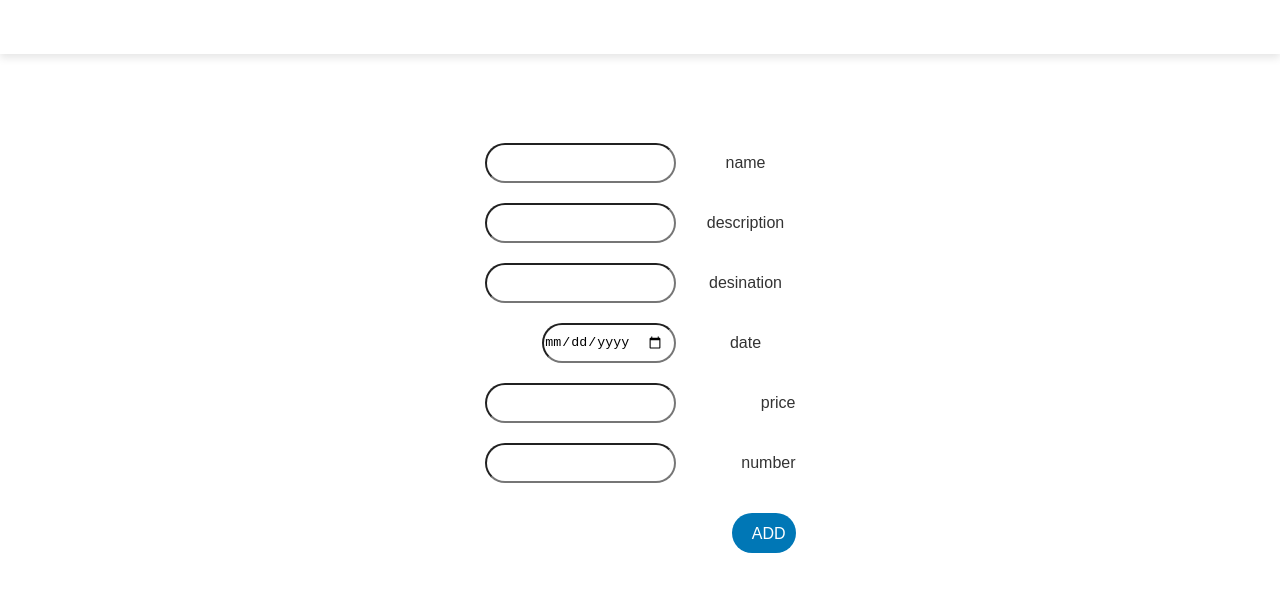
Repository: Yassin-Boushi/Safer
Page: http://localhost/add_flight
These files come from the project's save history. The page is drawn as it stood at one moment and after the next save; the edit follows.
The browser window is 1280 px wide. The pictures show the whole page.
The page is served by the project's Laravel application, run on PHP 8.4 with Laravel 9.

Above is the page before, as saved 2025-01-30 11:22:00.

After the next save:
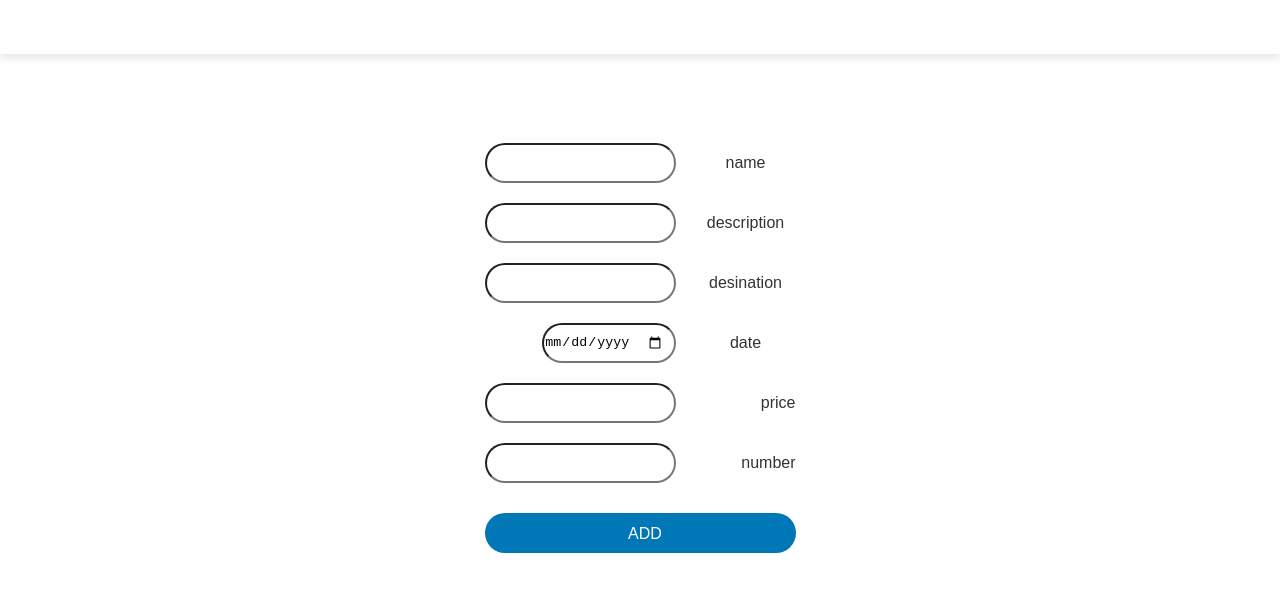
Saved 7 s later.
--- a/resources/views/flight/add.blade.php
+++ b/resources/views/flight/add.blade.php
@@ -39,10 +39,7 @@
 
 </div>
 
-                <div>
                 <input type="submit" class="button  " value="ADD">
-            </div>
-                <br>
 
             </form>
 </main>
